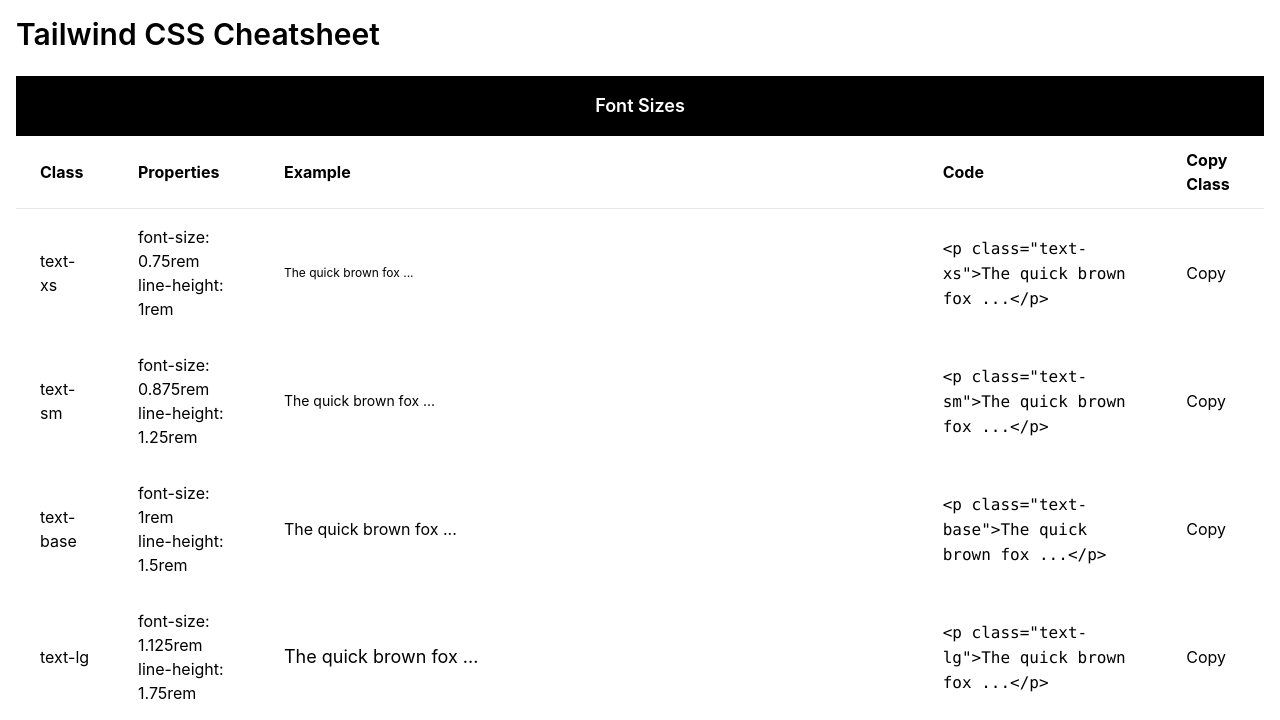
Repository: Coralee-Long/react-bits
Page: /tailwind-cheatsheet
The author's editor kept a copy of each file at every save. The page is drawn from the files as they stood at one save, then again after a run of saves.
The browser window is 1280 px wide. The pictures show the whole page.
An inner scrolling area shows only its first screen. The project was rebuilt for these pictures with package versions that can differ from the ones it lists, and the page was loaded fresh each time. Also part of the build but not shown: src/layout/Floors/Floor.js, src/pages/HomePage.js, src/pages/ContactPage.js, src/App.css.

Above is the page before, as saved 2024-01-08 13:33:41.

After the next 11 saves:
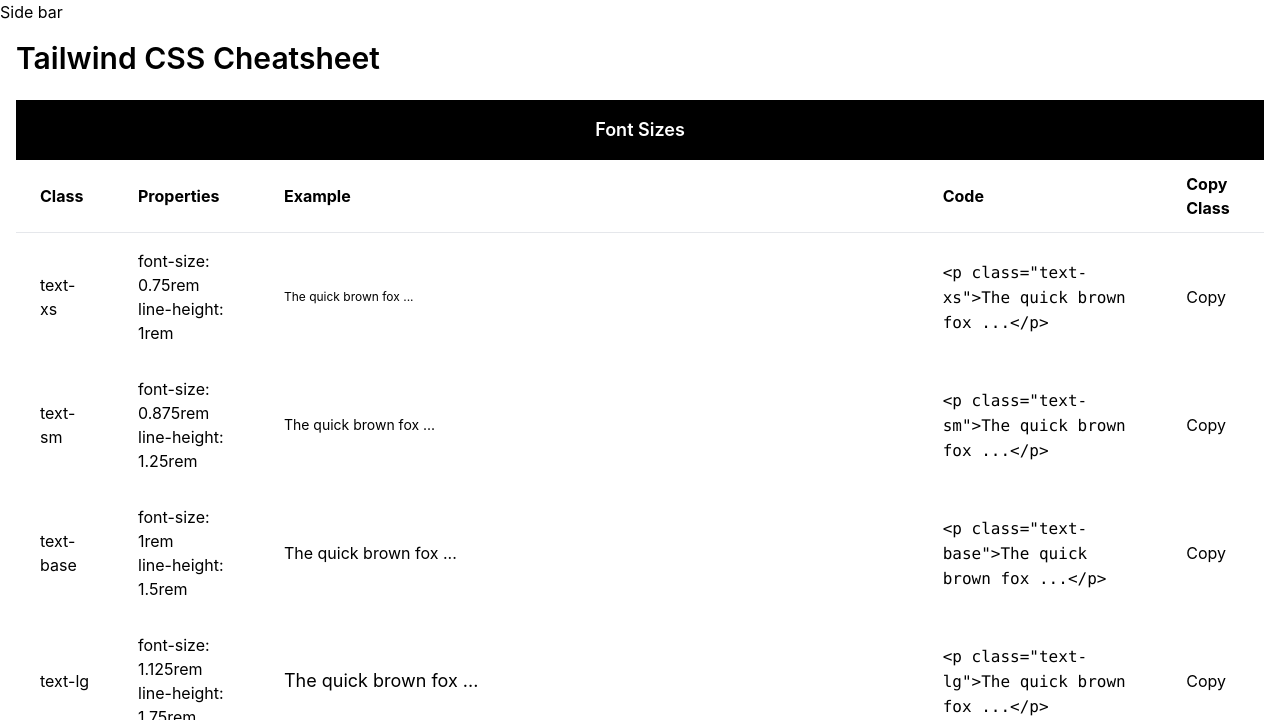
The 11 saves are shown as one change because 3 did not build or start and some came seconds apart.
The last was saved 38 s later.
--- a/src/pages/TailwindCheatsheet.js
+++ b/src/pages/TailwindCheatsheet.js
@@ -4,9 +4,13 @@
 
 const TaiwindCheatsheet = () => {
   return (
-    <div className="container mx-auto p-4">
-      <h1 className="text-3xl font-semibold mb-6">Tailwind CSS Cheatsheet</h1>
-      <TailwindGrid data={tailwindData} />
+    <div>
+      <SideNavBar />
+
+      <div className="container mx-auto p-4">
+        <h1 className="text-3xl font-semibold mb-6">Tailwind CSS Cheatsheet</h1>
+        <TailwindGrid data={tailwindData} />
+      </div>
     </div>
   );
 };
